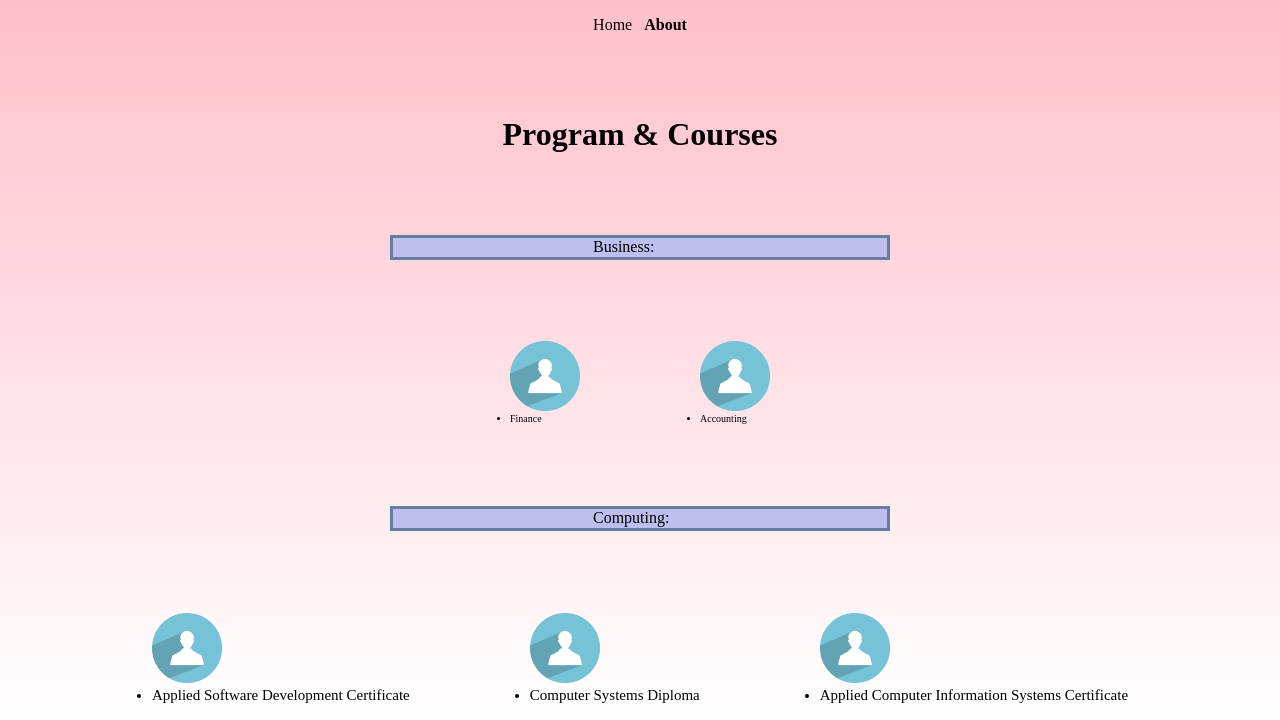
Repository: anoncoderin/madhu-assignment3
Page: /
An editor plug-in stored every save of this project. The page is shown before and after a run of saves, followed by the edit.
The browser window is 1280 px wide. The pictures show the whole page.
The project was rebuilt for these pictures with package versions that can differ from the ones it lists, and the page was loaded fresh each time. The framework's server and built-in components were replaced by stand-ins that run in the browser. Also part of the build but not shown: next.config.js, components/Card/Card.module.css.

Above is the page before, as saved 2023-01-22 22:34:51.

### pages/index.js
import Head from 'next/head'
import Image from 'next/image'
import { Inter } from '@next/font/google'
import styles from '@/styles/Home.module.css'
import { useState } from 'react'
import data from '../data/education.json'
import Link from 'next/link'
import Card from '../components/Card'
import style from '../components/Card/Card.module.css'

export default function Home() {
  console.log(data);
  const [information, setInformation] = useState([...data])
  return (
    <>
      <Head>

      </Head>
      <main className={styles.main}>
        <div className={styles.nav}>
        <p> Home &nbsp;&nbsp;
          <Link href="about"><b>About</b></Link>
        </p>
        </div>
        <h1>Program & Courses</h1>
      <div className={styles.heading}>Business:</div>
      <div className={styles.row}>
      {
        information && information.map((info, index)=>{
          if(info.department === "Business"){
            return(
              <Card key={index} degree={info.degree}></Card>
            )
          }
        })
      }
      </div>
      <div className={styles.heading}>Computing:</div>
      <div className={styles.row}>
      {
        information && information.map((info, index)=>{
          if(info.department === "Computing"){
            return(

              <Card key={index} degree={info.degree} font={15}></Card>
            )
          }
        })
      }
      </div>
      </main>
    </>
  )
}

### styles/globals.css
:root {
  --max-width: 1100px;
  --border-radius: 12px;
  --font-mono: ui-monospace, Menlo, Monaco, 'Cascadia Mono', 'Segoe UI Mono',
    'Roboto Mono', 'Oxygen Mono', 'Ubuntu Monospace', 'Source Code Pro',
    'Fira Mono', 'Droid Sans Mono', 'Courier New', monospace;

  --foreground-rgb: 0, 0, 0;
  --background-start-rgb: 255, 192, 203;
  --background-end-rgb: 255, 255, 255;

  --primary-glow: conic-gradient(
    from 180deg at 50% 50%,
    hsla(78, 61%, 87%, 0.2) 0deg,
    #0885ff33 55deg,
    #54d6ff33 120deg,
    #0071ff33 160deg,
    transparent 360deg
  );
  --secondary-glow: radial-gradient(
    rgba(255, 255, 255, 1),
    rgba(255, 255, 255, 0)
  );

  --tile-start-rgb: 239, 245, 249;
  --tile-end-rgb: 228, 232, 233;
  --tile-border: conic-gradient(
    #00000080,
    #00000040,
    #00000030,
    #00000020,
    #00000010,
    #00000010,
    #00000080
  );

  --callout-rgb: 238, 240, 241;
  --callout-border-rgb: 172, 175, 176;
  --card-rgb: 180, 185, 188;
  --card-border-rgb: 131, 134, 135;
}

@media (prefers-color-scheme: dark) {
  :root {
    --foreground-rgb: 255, 255, 255;
    --background-start-rgb: 0, 0, 0;
    --background-end-rgb: 0, 0, 0;

    --primary-glow: radial-gradient(rgba(1, 65, 255, 0.4), rgba(1, 65, 255, 0));
    --secondary-glow: linear-gradient(
      to bottom right,
      rgba(1, 65, 255, 0),
      rgba(1, 65, 255, 0),
      rgba(1, 65, 255, 0.3)
    );

    --tile-start-rgb: 2, 13, 46;
    --tile-end-rgb: 2, 5, 19;
    --tile-border: conic-gradient(
      #ffffff80,
      #ffffff40,
      #ffffff30,
      #ffffff20,
      #ffffff10,
      #ffffff10,
      #ffffff80
    );

    --callout-rgb: 20, 20, 20;
    --callout-border-rgb: 108, 108, 108;
    --card-rgb: 100, 100, 100;
    --card-border-rgb: 200, 200, 200;
  }
}

* {
  box-sizing: border-box;
  padding: 0;
  margin: 0;
}

html,
body {
  max-width: 100vw;
  overflow-x: hidden;
}

body {
  color: rgb(var(--foreground-rgb));
  background: linear-gradient(
      to bottom,
      transparent,
      rgb(var(--background-end-rgb))
    )
    rgb(var(--background-start-rgb));
}

a {
  color: inherit;
  text-decoration: none;
}

@media (prefers-color-scheme: dark) {
  html {
    color-scheme: dark;
  }
}

### styles/Home.module.css
.main {
  display: flex;
  flex-direction: column;
  justify-content: space-between;
  align-items: center;
  padding: 1rem;
  min-height: 100vh;
}
.row{
  display: flex;
  flex-direction: row;
  justify-content:space-evenly;
  gap: 120px;

}
.nav{
  display: flex;
  flex-direction: row;
  justify-content: space-between;
}


.heading{
  padding-left: 200px;
  height: 25px;
  width: 500px;
  background-color: #bebeef;
  border-style:solid;
  border-color:#657d9f;
}

.degree{
  display: flex;
  flex-direction: column;

  gap: 5px;
}

.description {
  display: inherit;
  justify-content: inherit;
  align-items: inherit;
  font-size: 0.85rem;
  max-width: var(--max-width);
  width: 100%;
  z-index: 2;
  font-family: var(--font-mono);
}

.description a {
  display: flex;
  justify-content: center;
  align-items: center;
  gap: 0.5rem;
}

.description p {
  position: relative;
  margin: 0;
  padding: 1rem;
  background-color: rgba(var(--callout-rgb), 0.5);
  border: 1px solid rgba(var(--callout-border-rgb), 0.3);
  border-radius: var(--border-radius);
}

.code {
  font-weight: 700;
  font-family: var(--font-mono);
}

.grid {
  display: grid;
  grid-template-columns: repeat(4, minmax(25%, auto));
  width: var(--max-width);
  max-width: 100%;
}

.card {
  padding: 1rem 1.2rem;
  border-radius: var(--border-radius);
  background: rgba(var(--card-rgb), 0);
  border: 1px solid rgba(var(--card-border-rgb), 0);
  transition: background 200ms, border 200ms;
}

.card span {
  display: inline-block;
  transition: transform 200ms;
}

.card h2 {
  font-weight: 600;
  margin-bottom: 0.7rem;
}

.card p {
  margin: 0;
  opacity: 0.6;
  font-size: 0.9rem;
  line-height: 1.5;
  max-width: 30ch;
}

.center {
  display: flex;
  justify-content: center;
  align-items: center;
  position: relative;
  padding: 4rem 0;
}

.center::before {
  background: var(--secondary-glow);
  border-radius: 50%;
  width: 480px;
  height: 360px;
  margin-left: -400px;
}

.center::after {
  background: var(--primary-glow);
  width: 240px;
  height: 180px;
  z-index: -1;
}

.center::before,
.center::after {
  content: '';
  left: 50%;
  position: absolute;
  filter: blur(45px);
  transform: translateZ(0);
}

.logo,
.thirteen {
  position: relative;
}

.thirteen {
  display: flex;
  justify-content: center;
  align-items: center;
  width: 75px;
  height: 75px;
  padding: 25px 10px;
  margin-left: 16px;
  transform: translateZ(0);
  border-radius: var(--border-radius);
  overflow: hidden;
  box-shadow: 0px 2px 8px -1px #0000001a;
}

.thirteen::before,
.thirteen::after {
  content: '';
  position: absolute;
  z-index: -1;
}

/* Conic Gradient Animation */
.thirteen::before {
  animation: 6s rotate linear infinite;
  width: 200%;
  height: 200%;
  background: var(--tile-border);
}

/* Inner Square */
.thirteen::after {
  inset: 0;
  padding: 1px;
  border-radius: var(--border-radius);
  background: linear-gradient(
    to bottom right,
    rgba(var(--tile-start-rgb), 1),
    rgba(var(--tile-end-rgb), 1)
  );
  background-clip: content-box;
}

/* Enable hover only on non-touch devices */
@media (hover: hover) and (pointer: fine) {
  .card:hover {
    background: rgba(var(--card-rgb), 0.1);
    border: 1px solid rgba(var(--card-border-rgb), 0.15);
  }

  .card:hover span {
    transform: translateX(4px);
  }
}

@media (prefers-reduced-motion) {
  .thirteen::before {
    animation: none;
  }

  .card:hover span {
    transform: none;
  }
}

/* Mobile */
@media (max-width: 700px) {
  .content {
    padding: 4rem;
  }

  .grid {
    grid-template-columns: 1fr;
    margin-bottom: 120px;
    max-width: 320px;
    text-align: center;
  }

  .card {
    padding: 1rem 2.5rem;
  }

  .card h2 {
    margin-bottom: 0.5rem;
  }

  .center {
    padding: 8rem 0 6rem;
  }

  .center::before {
    transform: none;
    height: 300px;
  }

  .description {
    font-size: 0.8rem;
  }

  .description a {
    padding: 1rem;
  }

  .description p,
  .description div {
    display: flex;
    justify-content: center;
    position: fixed;
    width: 100%;
  }

  .description p {
    align-items: center;
    inset: 0 0 auto;
    padding: 2rem 1rem 1.4rem;
    border-radius: 0;
    border: none;
    border-bottom: 1px solid rgba(var(--callout-border-rgb), 0.25);
    background: linear-gradient(
      to bottom,
      rgba(var(--background-start-rgb), 1),
      rgba(var(--callout-rgb), 0.5)
    );
    background-clip: padding-box;
    backdrop-filter: blur(24px);
  }

  .description div {
    align-items: flex-end;
    pointer-events: none;
    inset: auto 0 0;
    padding: 2rem;
    height: 200px;
    background: linear-gradient(
      to bottom,
      transparent 0%,
      rgb(var(--background-end-rgb)) 40%
    );
    z-index: 1;
  }
}

/* Tablet and Smaller Desktop */
@media (min-width: 701px) and (max-width: 1120px) {
  .grid {
    grid-template-columns: repeat(2, 50%);
  }
}

@media (prefers-color-scheme: dark) {
  .vercelLogo {
    filter: invert(1);
  }

  .logo,
  .thirteen img {
    filter: invert(1) drop-shadow(0 0 0.3rem #ffffff70);
  }
}

@keyframes rotate {
  from {
    transform: rotate(360deg);
  }
  to {
    transform: rotate(0deg);
  }
}

### data/education.json
[
        {
            "studentNumber": "A0004567",
            "firstName": "Person 1",
            "gpa": 3.8,
            "department": "Business",
            "degree": "Finance",
            "graduted": 2014
        },
        {
            "studentNumber": "A0001234",
            "firstName": "Person 2",
            "gpa": 3.5,
            "department": "Business",
            "degree": "Accounting",
            "graduted": 2010
        },
        {
            "studentNumber": "A0007890",
            "firstName": "Person 3",
            "gpa": 3.2,
            "department": "Computing",
            "degree": "Applied Software Development Certificate",
            "graduted": 2018
        },
        {
            "studentNumber": "A0007828",
            "firstName": "Person 4",
            "gpa": 3.9,
            "department": "Computing",
            "degree": "Computer Systems Diploma",
            "graduted": 2021
        },
        {
            "studentNumber": "A0003425",
            "firstName": "Person 5",
            "gpa": 3.2,
            "department": "Computing",
            "degree": "Applied Computer Information Systems Certificate",
            "graduted": 2021
        }

]

### components/Card/index.js
export default function Card(
    {
        degree="none",
        color="purple",
        font=10,
        image='icon/personTwo.png'
    }
){
    return(
        <div  style={{backgroundcolor:color, fontSize:font }}>
           <img src={'icon/person.png'} width="70px"></img>
           <ul> <li>{degree}
            </li>

            </ul>
        </div>
    )
}

Loaded but not shown: pages/_app.js (common file); pages/_document.js (common file)

After the next 2 saves:
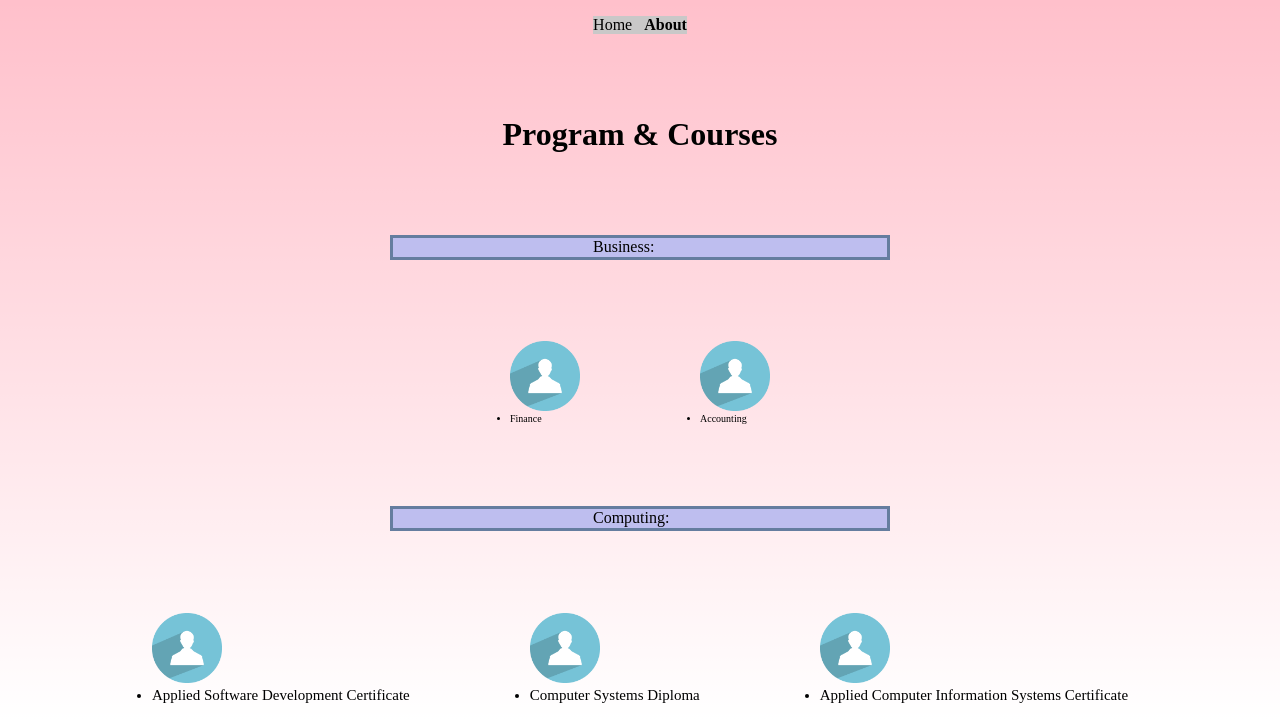
The 2 saves are shown as one change because they came seconds apart.
The last was saved 85 s later.
--- a/styles/Home.module.css
+++ b/styles/Home.module.css
@@ -17,6 +17,7 @@
   display: flex;
   flex-direction: row;
   justify-content: space-between;
+  background-color: rgb(201, 200, 200);
 }
 
 
